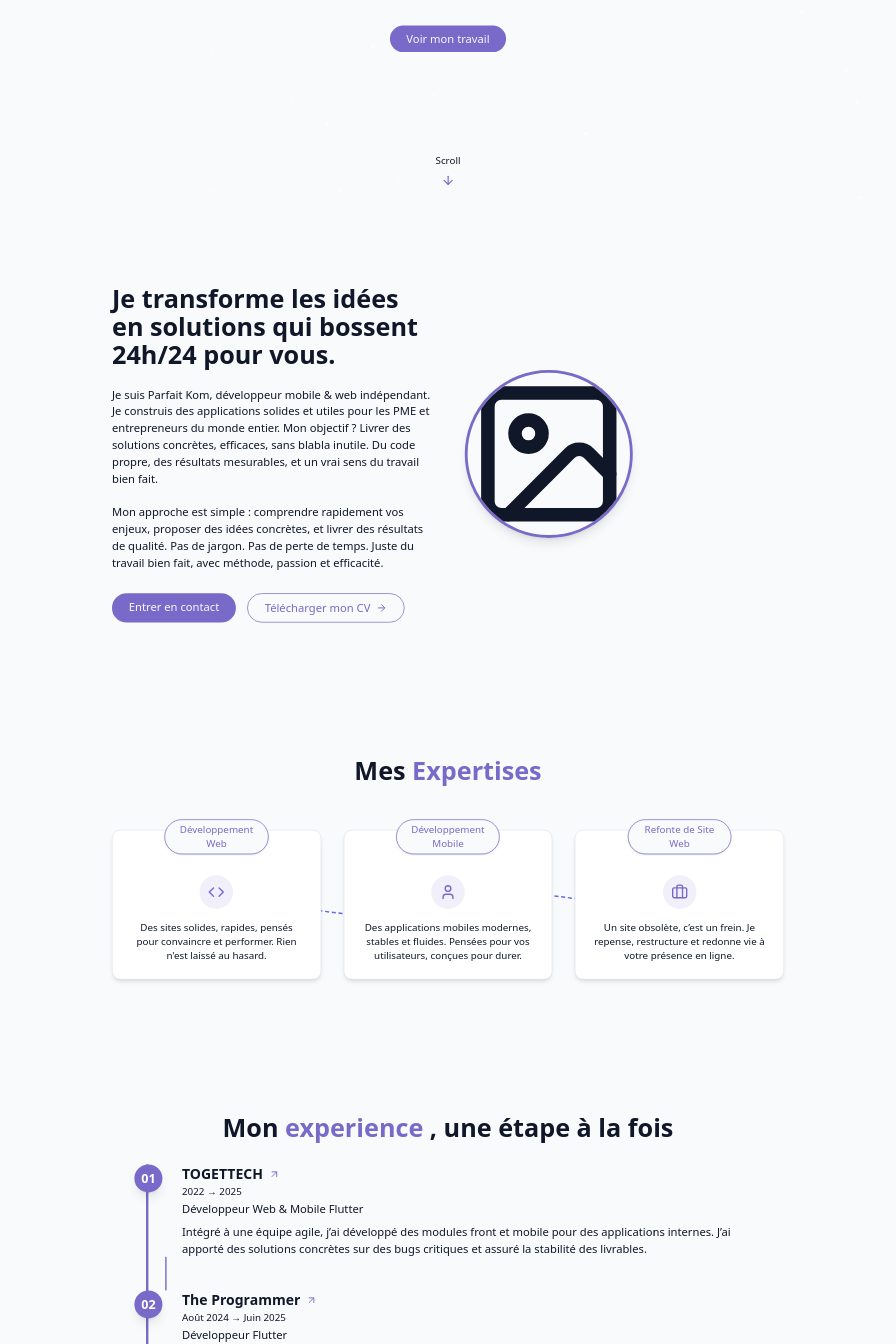
Repository: KOMI18/komi-folio
Page: /
The author's editor kept a copy of each file at every save. The page is drawn from the files as they stood at one save, then again after a run of saves.
The browser window is 1280 px wide. The pictures show the part of the page from y = 409 to 2329 px (the page is 5995 px tall before and 6083 px after), at 70% of full size.
The project was rebuilt for these pictures with package versions that can differ from the ones it lists, and the page was loaded fresh each time. Also part of the build but not shown: vite.config.js, src/pages/NotFound.jsx.

Above is the page before, as saved 2025-06-27 20:09:28.

### index.html
<!doctype html>
<html lang="en">
  <head>
    <meta charset="UTF-8" />
    <link rel="icon" type="image/svg+xml" href="" />
    <meta name="viewport" content="width=device-width, initial-scale=1.0" />
    <title>Parfait Kom</title>
  </head>
  <body>
    <div id="root"></div>
    <script type="module" src="/src/main.jsx"></script>
  </body>
</html>

### src/pages/Home.jsx
import { Navbar } from "../components/Navbar";
import { ThemeToggle } from "../components/ThemeToggle";
import { StarBackground } from "@/components/StarBackground";
import { HeroSection } from "../components/HeroSection";
import { AboutSection } from "../components/AboutSection";
import { SkillsSection } from "../components/SkillsSection";
import { ProjectsSection } from "../components/ProjectsSection";
import { ContactSection } from "../components/ContactSection";
import { Footer } from "../components/Footer";
import {ExperienceSection} from "../components/ExperianceSection"
import { ExpertiseSection } from "../components/ExpertiseSection";
export const Home = () => {
  return (
    <div className="min-h-screen bg-background text-foreground overflow-x-hidden">
      {/* Theme Toggle */}
      <ThemeToggle />
      {/* Background Effects */}
      <StarBackground />

      {/* Navbar */}
      <Navbar />
      {/* Main Content */}
      <main>
        <HeroSection />
        <AboutSection />
        <ExpertiseSection/>
        <ExperienceSection/>
        <SkillsSection />
        <ProjectsSection />
        <ContactSection />
      </main>

      {/* Footer */}
      <Footer />
    </div>
  );
};

### src/components/ui/toaster.jsx
import { useToast } from "@/hooks/use-toast";
import {
  Toast,
  ToastClose,
  ToastDescription,
  ToastProvider,
  ToastTitle,
  ToastViewport,
} from "@/components/ui/toast";

export function Toaster() {
  const { toasts } = useToast();

  return (
    <ToastProvider>
      {toasts.map(function ({ id, title, description, action, ...props }) {
        return (
          <Toast key={id} {...props}>
            <div className="grid gap-1">
              {title && <ToastTitle>{title}</ToastTitle>}
              {description && (
                <ToastDescription>{description}</ToastDescription>
              )}
            </div>
            {action}
            <ToastClose />
          </Toast>
        );
      })}
      <ToastViewport />
    </ToastProvider>
  );
}

### src/components/Navbar.jsx
import { cn } from "@/lib/utils";
import { Menu, X } from "lucide-react";
import { useEffect, useState } from "react";

const navItems = [
  { name: "Home", href: "#hero" },
  { name: "A Propos", href: "#about" },
  { name: "Experience", href: "#experience" },
  { name: "Competences", href: "#skills" },
  { name: "Projets", href: "#projects" },
  { name: "Contact", href: "#contact" },


];

export const Navbar = () => {
  const [isScrolled, setIsScrolled] = useState(false);
  const [isMenuOpen, setIsMenuOpen] = useState(false);

  useEffect(() => {
    const handleScroll = () => {
      setIsScrolled(window.screenY > 10);
    };

    window.addEventListener("scroll", handleScroll);
    return () => window.removeEventListener("scroll", handleScroll);
  }, []);
  return (
    <nav
      className={cn(
        "fixed w-full z-40 transition-all duration-300",
        isScrolled ? "py-3 bg-background/80 backdrop-blur-md shadow-xs" : "py-5"
      )}
    >
      <div className="container flex items-center justify-between">
        <a
          className="text-xl font-bold text-primary flex items-center"
          href="#hero"
        >
          <span className="relative z-10">
            <span className="text-glow text-foreground"> Parfait  </span>{" "}
            Kom
          </span>
        </a>

        {/* desktop nav */}
        <div className="hidden md:flex space-x-8">
          {navItems.map((item, key) => (
            <a
              key={key}
              href={item.href}
              className="text-foreground/80 hover:text-primary transition-colors duration-300"
            >
              {item.name}
            </a>
          ))}
        </div>

        {/* mobile nav */}

        <button
          onClick={() => setIsMenuOpen((prev) => !prev)}
          className="md:hidden p-2 text-foreground z-50"
          aria-label={isMenuOpen ? "Close Menu" : "Open Menu"}
        >
          {isMenuOpen ? <X size={24} /> : <Menu size={24} />}{" "}
        </button>

        <div
          className={cn(
            "fixed inset-0 bg-background/95 backdroup-blur-md z-40 flex flex-col items-center justify-center",
            "transition-all duration-300 md:hidden",
            isMenuOpen
              ? "opacity-100 pointer-events-auto"
              : "opacity-0 pointer-events-none"
          )}
        >
          <div className="flex flex-col space-y-8 text-xl">
            {navItems.map((item, key) => (
              <a
                key={key}
                href={item.href}
                className="text-foreground/80 hover:text-primary transition-colors duration-300"
                onClick={() => setIsMenuOpen(false)}
              >
                {item.name}
              </a>
            ))}
          </div>
        </div>
      </div>
    </nav>
  );
};

### src/components/ThemeToggle.jsx
import { Moon, Sun } from "lucide-react";
import { useEffect, useState } from "react";
import { cn } from "@/lib/utils";

export const ThemeToggle = () => {
  const [isDarkMode, setIsDarkMode] = useState(false);

  useEffect(() => {
    const storedTheme = localStorage.getItem("theme");
    if (storedTheme === "dark") {
      setIsDarkMode(true);
      document.documentElement.classList.add("dark");
    } else {
      localStorage.setItem("theme", "light");
      setIsDarkMode(false);
    }
  }, []);

  const toggleTheme = () => {
    if (isDarkMode) {
      document.documentElement.classList.remove("dark");
      localStorage.setItem("theme", "light");
      setIsDarkMode(false);
    } else {
      document.documentElement.classList.add("dark");
      localStorage.setItem("theme", "dark");
      setIsDarkMode(true);
    }
  };

  return (
    <button
      onClick={toggleTheme}
      className={cn(
        "fixed max-sm:hidden top-5 right-5 z-50 p-2 rounded-full transition-colors duration-300",
        "focus:outlin-hidden"
      )}
    >
      {isDarkMode ? (
        <Sun className="h-6 w-6 text-yellow-300" />
      ) : (
        <Moon className="h-6 w-6 text-blue-900" />
      )}
    </button>
  );
};

### src/components/StarBackground.jsx
import { useEffect, useState } from "react";

// id, size, x, y, opacity, animationDuration
// id, size, x, y, delay, animationDuration

export const StarBackground = () => {
  const [stars, setStars] = useState([]);
  const [meteors, setMeteors] = useState([]);

  useEffect(() => {
    generateStars();
    generateMeteors();

    const handleResize = () => {
      generateStars();
    };

    window.addEventListener("resize", handleResize);

    return () => window.removeEventListener("resize", handleResize);
  }, []);

  const generateStars = () => {
    const numberOfStars = Math.floor(
      (window.innerWidth * window.innerHeight) / 10000
    );

    const newStars = [];

    for (let i = 0; i < numberOfStars; i++) {
      newStars.push({
        id: i,
        size: Math.random() * 3 + 1,
        x: Math.random() * 100,
        y: Math.random() * 100,
        opacity: Math.random() * 0.5 + 0.5,
        animationDuration: Math.random() * 4 + 2,
      });
    }

    setStars(newStars);
  };

  const generateMeteors = () => {
    const numberOfMeteors = 4;
    const newMeteors = [];

    for (let i = 0; i < numberOfMeteors; i++) {
      newMeteors.push({
        id: i,
        size: Math.random() * 2 + 1,
        x: Math.random() * 100,
        y: Math.random() * 20,
        delay: Math.random() * 15,
        animationDuration: Math.random() * 3 + 3,
      });
    }

    setMeteors(newMeteors);
  };

  return (
    <div className="fixed inset-0 overflow-hidden pointer-events-none z-0">
      {stars.map((star) => (
        <div
          key={star.id}
          className="star animate-pulse-subtle"
          style={{
            width: star.size + "px",
            height: star.size + "px",
            left: star.x + "%",
            top: star.y + "%",
            opacity: star.opacity,
            animationDuration: star.animationDuration + "s",
          }}
        />
      ))}

      {meteors.map((meteor) => (
        <div
          key={meteor.id}
          className="meteor animate-meteor"
          style={{
            width: meteor.size * 50 + "px",
            height: meteor.size * 2 + "px",
            left: meteor.x + "%",
            top: meteor.y + "%",
            animationDelay: meteor.delay,
            animationDuration: meteor.animationDuration + "s",
          }}
        />
      ))}
    </div>
  );
};

### src/components/HeroSection.jsx
import { ArrowDown } from "lucide-react";

export const HeroSection = () => {
  return (
    <section
      id="hero"
      className="relative min-h-screen flex flex-col items-center justify-center px-4"
    >
      <div className="container max-w-4xl mx-auto text-center z-10">
        <div className="space-y-6">
          <h1 className="text-4xl md:text-6xl font-bold tracking-tight">
            <span className="opacity-0 animate-fade-in">Salut, je suis</span>
            <span className="text-primary opacity-0 animate-fade-in-delay-1">
              {" "}
              Parfait
            </span>
            <span className="text-gradient ml-2 opacity-0 animate-fade-in-delay-2">
              {" "}
              Kom
            </span>
          </h1>

          <p className="text-lg md:text-xl text-muted-foreground max-2-2xl mx-auto opacity-0 animate-fade-in-delay-3">
          Je transforme vos idées en applications  puissantes, prêtes à faire décoller votre business.
          PME, startups ou entrepreneurs : si vous cherchez quelqu’un qui livre vite et bien, vous êtes au bon endroit
          </p>

          <div className="pt-4 opacity-0 animate-fade-in-delay-4">
            <a href="#projects" className="cosmic-button">
             Voir mon travail
            </a>
          </div>
        </div>
      </div>

      <div className="absolute bottom-8 left-1/2 transform -translate-x-1/2 flex flex-col items-center animate-bounce">
        <span className="text-sm text-muted-foreground mb-2"> Scroll </span>
        <ArrowDown className="h-5 w-5 text-primary" />
      </div>
    </section>
  );
};

### src/components/AboutSection.jsx

import { ArrowRight , Image} from "lucide-react";

export const AboutSection = () => {
  return (
    <section id="about" className="py-24 px-4 bg-background">
      <div className="container mx-auto max-w-5xl grid grid-cols-1 md:grid-cols-2 gap-12 items-center">
        {/* Image */}


        {/* Content */}
        <div className="space-y-6">
          <h2 className="text-3xl md:text-4xl font-bold text-left  md:text-left">
            Je transforme les idées en solutions qui bossent 24h/24 pour vous.
          </h2>

          <p className="text-muted-foreground text-left md:text-left">
            Je suis Parfait Kom, développeur mobile & web indépendant. Je construis des applications solides et utiles pour les PME et entrepreneurs du monde entier. Mon objectif ? Livrer des solutions concrètes, efficaces, sans blabla inutile. Du code propre, des résultats mesurables, et un vrai sens du travail bien fait.
          </p>

          <p className="text-muted-foreground text-left md:text-left">
            Mon approche est simple : comprendre rapidement vos enjeux, proposer des idées concrètes, et livrer des résultats de qualité. Pas de jargon. Pas de perte de temps. Juste du travail bien fait, avec méthode, passion et efficacité.
          </p>

          <div className="flex flex-col sm:flex-row gap-4 pt-2">
            <a href="#contact" className="cosmic-button">
              Entrer en contact
            </a>

            <a
              href="/docs/Parfait_Kom_CV.pdf"
              download
              className="px-6 py-2 rounded-full border border-primary text-primary hover:bg-primary/10 transition-colors duration-300 flex items-center gap-2"
            >
              Télécharger mon CV <ArrowRight className="w-4 h-4" />
            </a>
          </div>
        </div>
        <div className="flex justify-center md:justify-start">
          <div className="w-48 h-48 md:w-60 md:h-60 rounded-full overflow-hidden border-4 border-primary shadow-lg">
            <Image
              src="/images/parfait-kom.jpg"
              alt="Parfait Kom"
              width={240}
              height={240}
              className="w-full h-full object-cover"
            />
          </div>
        </div>
      </div>
    </section>
  );
};

export default AboutSection;

### src/components/SkillsSection.jsx
import { useState } from "react";
import { cn } from "@/lib/utils";

const skills = [
  // Frontend
  { name: "HTML/CSS", level: 75, category: "frontend" },
  { name: "Flutter / Dart", level: 70, category: "frontend" },
  { name: "JavaScript", level: 60, category: "frontend" },
  { name: "React", level: 80, category: "frontend" },
  { name: "Tailwind CSS", level: 90, category: "frontend" },


  // Backend
  { name: "Node.js", level: 80, category: "backend" },
  { name: "Express", level: 75, category: "backend" },
  { name: "MongoDB", level: 70, category: "backend" },
  { name: "SQL", level: 70, category: "backend" },

  // Tools
  { name: "Git/GitHub", level: 80, category: "tools" },
  { name: "Docker", level: 50, category: "tools" },
  { name: "Figma", level: 65, category: "tools" },
  { name: "VS Code", level: 95, category: "tools" },
  { name: "Canva", level: 65, category: "tools" },
  { name: "Postman", level: 80, category: "tools" },
  { name: "Notion", level: 80, category: "tools" },
];

const categories = ["Tout", "frontend", "backend", "tools"];

export const SkillsSection = () => {
  const [activeCategory, setActiveCategory] = useState("Tout");

  const filteredSkills = skills.filter(
    (skill) => activeCategory === "Tout" || skill.category === activeCategory
  );
  return (
    <section id="skills" className="py-24 px-4 relative bg-secondary/30">
      <div className="container mx-auto max-w-5xl">
        <h2 className="text-3xl md:text-4xl font-bold mb-12 text-center">
        Mes  <span className="text-primary"> compétences</span>
        </h2>

        <div className="flex flex-wrap justify-center gap-4 mb-12">
          {categories.map((category, key) => (
            <button
              key={key}
              onClick={() => setActiveCategory(category)}
              className={cn(
                "px-5 py-2 rounded-full transition-colors duration-300 capitalize",
                activeCategory === category
                  ? "bg-primary text-primary-foreground"
                  : "bg-secondary/70 text-forefround hover:bd-secondary"
              )}
            >
              {category}
            </button>
          ))}
        </div>

        <div className="grid grid-cols-1 sm:grid-cols-2 lg:grid-cols-3 gap-6">
          {filteredSkills.map((skill, key) => (
            <div
              key={key}
              className="bg-card p-6 rounded-lg shadow-xs card-hover"
            >
              <div className="text-left mb-4">
                <h3 className="font-semibold text-lg"> {skill.name}</h3>
              </div>
              <div className="w-full bg-secondary/50 h-2 rounded-full overflow-hidden">
                <div
                  className="bg-primary h-2 rounded-full origin-left animate-[grow_1.5s_ease-out]"
                  style={{ width: skill.level + "%" }}
                />
              </div>

              <div className="text-right mt-1">
                <span className="text-sm text-muted-foreground">
                  {skill.level}%
                </span>
              </div>
            </div>
          ))}
        </div>
      </div>
    </section>
  );
};

### src/components/Footer.jsx
import { ArrowUp } from "lucide-react";

export const Footer = () => {
  return (
    <footer className="py-12 px-4 bg-card relative border-t border-border mt-12 pt-8 flex flex-wrap justify-between items-center">
      {" "}
      <p className="text-sm text-muted-foreground">
        {" "}
        &copy; {new Date().getFullYear()} Parfait Kom . All rights reserved.
      </p>
      <a
        href="#hero"
        className="p-2 rounded-full bg-primary/10 hover:bg-primary/20 text-primary transition-colors"
      >
        <ArrowUp size={20} />
      </a>
    </footer>
  );
};

### src/components/ExpertiseSection.jsx
import { Code, User, Briefcase } from "lucide-react";

export const ExpertiseSection = () => {
  const services = [
    {
      icon: <Code className="h-6 w-6 text-primary" />,
      title: "Développement Web",
      description:
        "Des sites solides, rapides, pensés pour convaincre et performer. Rien n'est laissé au hasard."
    },
    {
      icon: <User className="h-6 w-6 text-primary" />,
      title: "Développement Mobile",
      description:
        "Des applications mobiles modernes, stables et fluides. Pensées pour vos utilisateurs, conçues pour durer."
    },
    {
      icon: <Briefcase className="h-6 w-6 text-primary" />,
      title: "Refonte de Site Web",
      description:
        "Un site obsolète, c’est un frein. Je repense, restructure et redonne vie à votre présence en ligne."
    }
  ];

  return (
    <section id="expertise" className="py-24 px-4 bg-background relative">
      <div className="container max-w-5xl mx-auto text-center">
        <h2 className="text-3xl md:text-4xl font-bold mb-16">
          Mes <span className="text-primary">Expertises</span>
        </h2>

        <div className="relative grid grid-cols-1 md:grid-cols-3 gap-8">
          {/* Decorative SVG connecting lines */}
          <svg
            className="absolute inset-0 w-full h-full pointer-events-none"
            viewBox="0 0 1000 200"
            preserveAspectRatio="none"
            fill="none"
            xmlns="http://www.w3.org/2000/svg"
          >
            <path
              d="M 10 100 C 150 50, 350 150, 500 100"
              stroke="#6366f1"
              strokeWidth="2"
              strokeDasharray="6 4"
            />
            <path
              d="M 500 100 C 650 50, 850 150, 990 100"
              stroke="#6366f1"
              strokeWidth="2"
              strokeDasharray="6 4"
            />
          </svg>

          {services.map((service, index) => (
            <div
              key={index}
              className="relative z-10 bg-card border border-border rounded-xl p-6 shadow-md hover:shadow-lg transition-shadow duration-300"
            >
              <div className="absolute -top-4 left-1/2 -translate-x-1/2 bg-background px-3 py-1 rounded-full border border-primary text-primary text-sm font-medium shadow">
                {service.title}
              </div>
              <div className="flex flex-col items-center pt-10 space-y-4">
                <div className="p-3 rounded-full bg-primary/10">{service.icon}</div>
                <p className="text-muted-foreground text-sm text-center">
                  {service.description}
                </p>
              </div>
            </div>
          ))}
        </div>
      </div>
    </section>
  );
};

Loaded but not shown: src/main.jsx (common file); src/App.jsx (common file); src/index.css (common file); src/lib/utils.js (common file); src/hooks/use-toast.js (144 lines, source omitted); src/components/ContactSection.jsx (186 lines, source omitted); src/components/ProjectsSection.jsx (131 lines, source omitted); src/components/ui/toast.jsx (102 lines, source omitted); src/components/ExperianceSection.jsx (84 lines, source omitted)

After the next 2 saves:
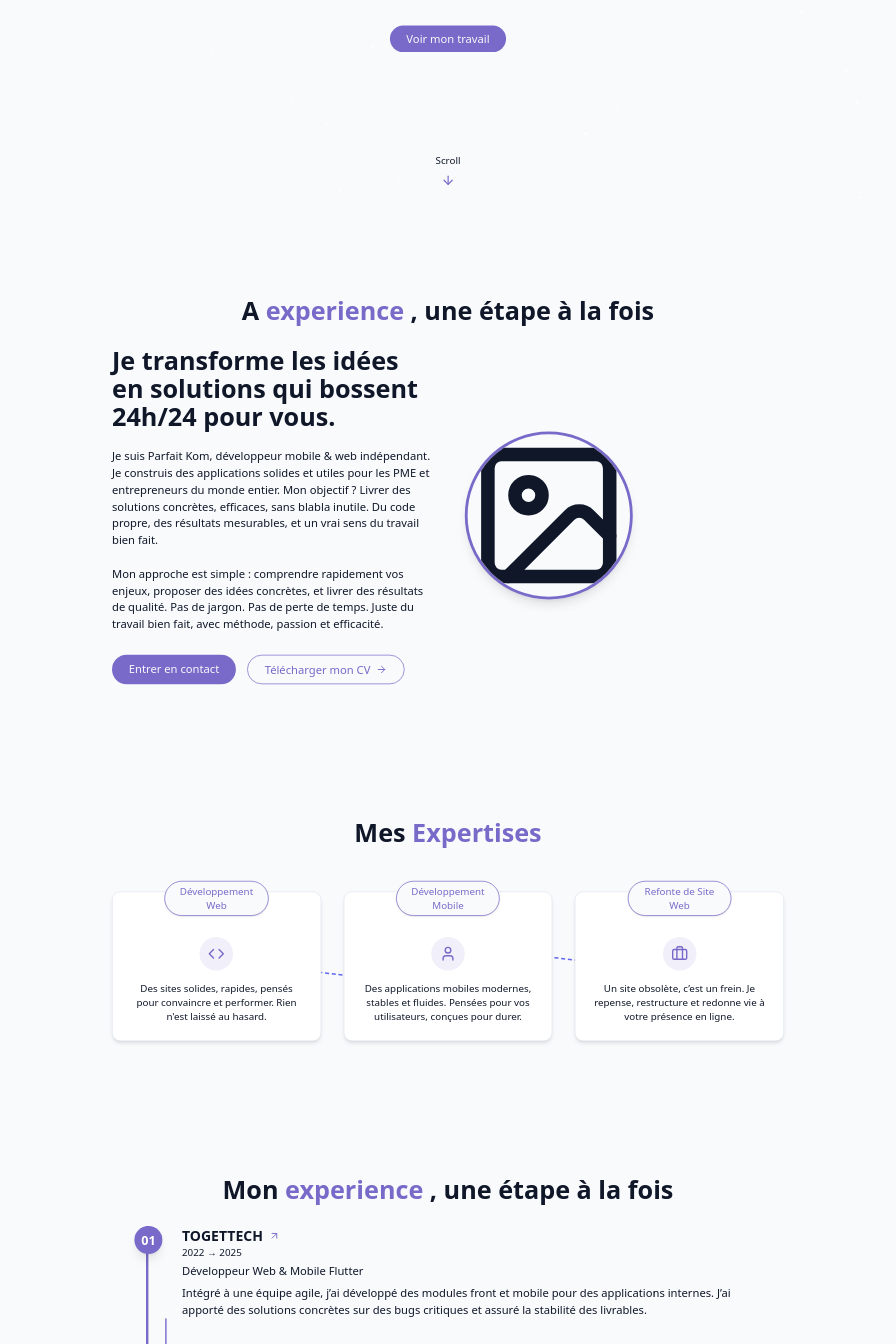
The 2 saves are shown as one change because they came seconds apart.
The last was saved 37 s later.
--- a/src/components/AboutSection.jsx
+++ b/src/components/AboutSection.jsx
@@ -4,6 +4,10 @@ import { ArrowRight , Image} from "lucide-react";
 export const AboutSection = () => {
   return (
     <section id="about" className="py-24 px-4 bg-background">
+       <h2 className="text-3xl md:text-4xl font-bold mb-4 py-4 text-center">
+          {" "}
+          A <span className="text-primary">experience</span> , une étape à la fois
+        </h2>
       <div className="container mx-auto max-w-5xl grid grid-cols-1 md:grid-cols-2 gap-12 items-center">
         {/* Image */}
 
